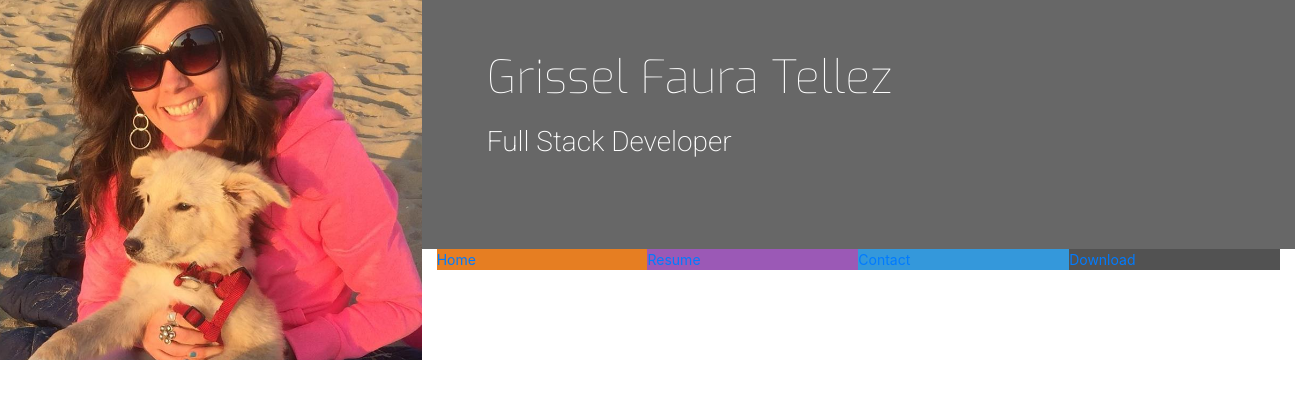
Repository: grisselfaura/Resume-Project-Introduction
Page: index.html
The author's editor kept a record of every edit. The page is drawn from the files as they stood at one moment, then again after the next edit.
The browser window is 1280 px wide. The page is 1295 px wide, so the pictures cover 1295 px, including what lies to the right of the window. The pictures show the whole page.

Above is the page before.

### index.html
<!DOCTYPE html>
<html lang="en">
<head>
    <meta charset="UTF-8">
    <meta name="viewport" content="width=device-width, initial-scale=1.0">
    <meta http-equiv="X-UA-Compatible" content="ie=edge">
    <link rel="stylesheet" href="https://stackpath.bootstrapcdn.com/bootstrap/4.3.1/css/bootstrap.min.css" type="text/css" />
    <link rel="stylesheet" href="https://stackpath.bootstrapcdn.com/font-awesome/4.7.0/css/font-awesome.min.css" type="text/css" />
    <link rel="stylesheet" href="assets/CSS/style.css" type="text/css" />
    <title>Grissel</title>
</head>
<body>
    <header>
       <div class="row">
           <a class="col-md-4 logo" href="index.html"></a>
           <div class="col-md-8">
               <div class="row bg-color-name-title">
                   <div class="col heading">
                       <h1 class="name">Grissel Faura Tellez</h1>
                       <h2 class="title">Full Stack Developer</h2>
                    </div>
               </div>
               <div class="row no-gutters">
                   <div class="col">
                       <ul id="nav" class="list-inline menucontainer">
                           <li class="col-6 col-sm-3 ui-menu-color-home list-inline-item">
                               <a href="#"><span>Home</span></a>
                           </li>
                           <li class="col-6 col-sm-3 ui-menu-color-resume list-inline-item">
                               <a href="#"><span>Resume</span></a>
                           </li>
                           <li class="col-6 col-sm-3 ui-menu-color-contact list-inline-item">
                               <a href="#"><span>Contact</span></a>
                           </li>
                           <li class="col-6 col-sm-3 ui-menu-color-download list-inline-item">
                               <a href="#"><span>Download</span></a>
                           </li>
                       </ul>
                   </div>
               </div>
           </div>
       </div>
    </header>
    <section>

    </section>
    <footer>

    </footer>
</body>
</html>

### assets/CSS/style.css
@import url('https://fonts.googleapis.com/css?family=Roboto:100,200,300,400,500,600,700|Exo:100,200,300,400,500,600,700');

/*---------------------------------Colours*/

.bg-color-name-title {
    background-color: #676767;
}

.ui-menu-color-home {
     background-color: #e67e22;
}

.ui-menu-color-resume {
     background-color: #9b59b6;
}

.ui-menu-color-contact {
     background-color: #3498db;
}

.ui-menu-color-download {
     background-color: #525252;
}

/*---------------------------------Heading*/
header {
    margin: 0;
}

.heading {
    margin-left: 50px;
}

.logo {
    background: url("../images/gri.jpg");
    background-position: center;
    background-repeat: no-repeat;
    background-size: cover;
    min-height: 360px;
    transition: all .5s ease-in-out;
    -moz-transition: all .5s ease-in-out;
    -webkit-transition: all .5s ease-in-out;
}

.name {
    font-family: "Exo", sans-serif;
    font-weight: 100;
    font-size: 46px;
    margin-top: 50px;
    color: #ffffff;
}

.title {
    font-family: "Roboto", sans-serif;
    font-weight: 200;
    font-size: 28px;
    margin-top: 20px;
    margin-bottom: 90px;
    color: #ffffff;
}
.list-inline-item:not(:last-child) {
    margin-right: 0;
}
.menucontainer {
    font-size: 0;
}

#nav {
    margin: 0
}

#nav li {
    font-size: 14px;
    padding: 0;
}

.menuitem {
    height: 120px;
    text-align: center;
    padding: 0;
}

.menuitem a {
    width: 100%;
    text-decoration: none;
    color: #fff;
    height: 120px;
}

.menuitem a i {
    padding-top: 22px;
    display: block;
    color: #fafafa;
    font-size: 26px;
}

.menuitem span {
    display: block;
    width: 100%;
    padding-top: 5px;
    text-align: center;
    text-transform: uppercase;
    font-size: 14px;
    font-weight: 300;
    letter-spacing: 2px;
}

/*---------------------------------Hover.css*/
.hvr-sweep-to-bottom:before {
    background: rgba(0,0,0,0.2);
    height: 120px;
}

After the next edit:
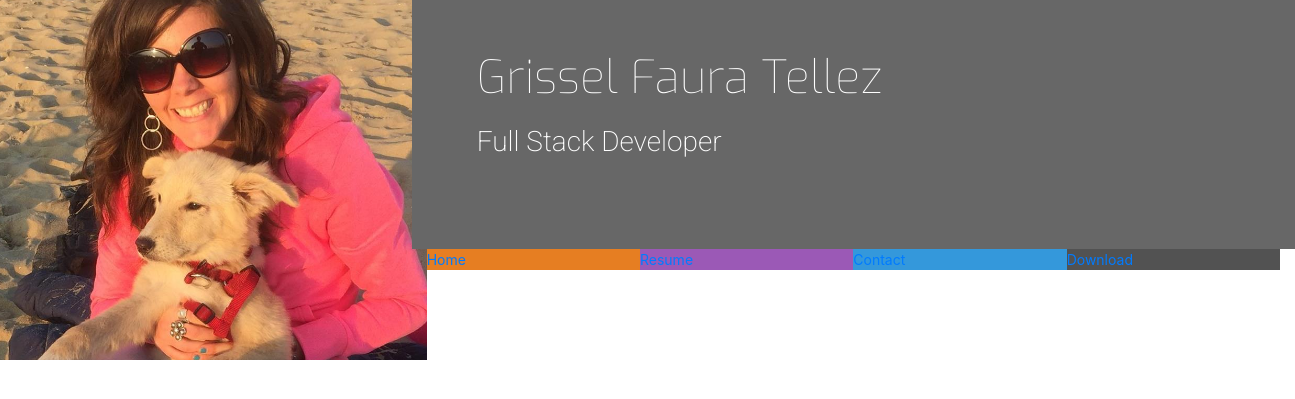
The edit:
--- a/index.html
+++ b/index.html
@@ -11,7 +11,7 @@
 </head>
 <body>
     <header>
-       <div class="row">
+       <div class="row no-gutters">
            <a class="col-md-4 logo" href="index.html"></a>
            <div class="col-md-8">
                <div class="row bg-color-name-title">
